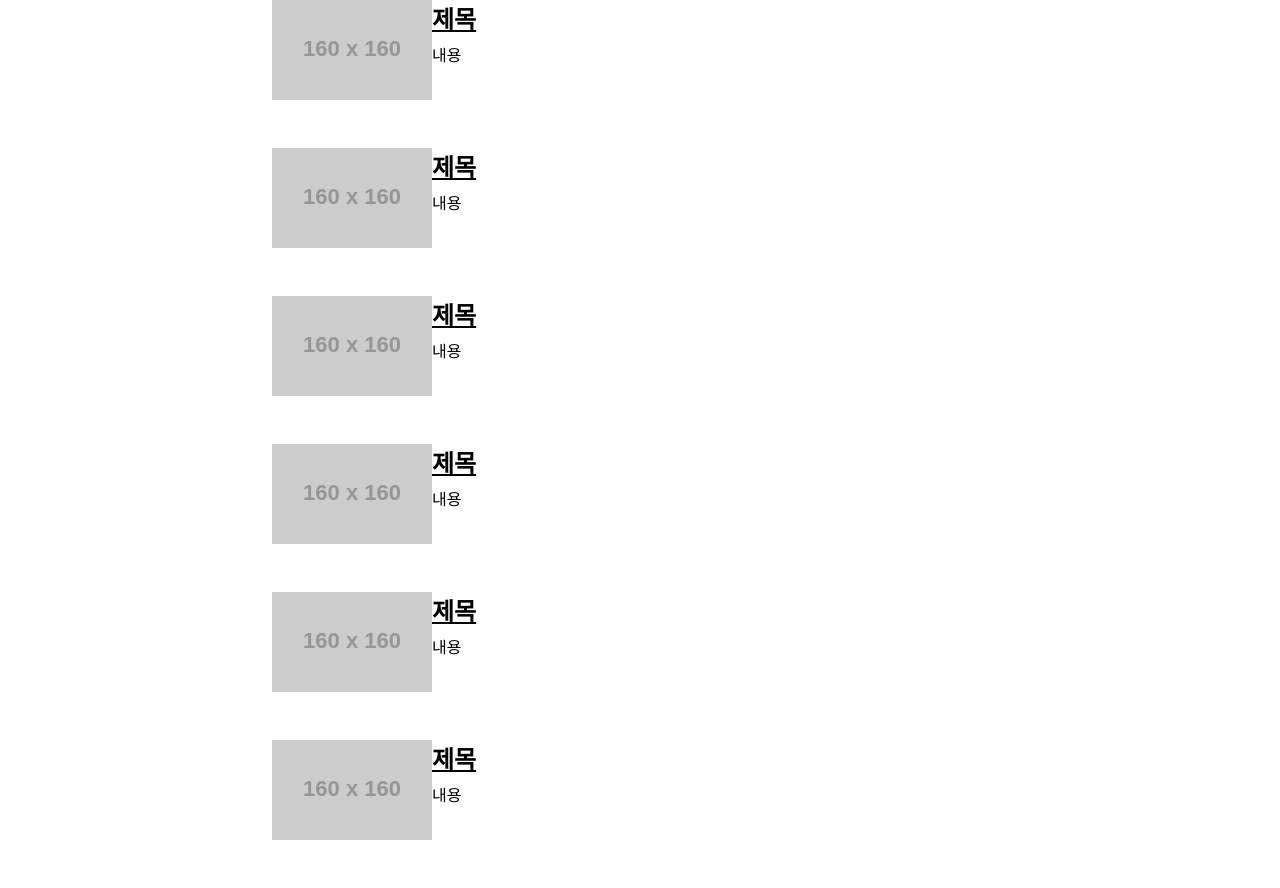
Repository: parkhyeonki/news-viewer
Page: /
These files come from the project's save history. The page is drawn as it stood at one moment and after the next save; the edit follows.
The browser window is 1280 px wide. The pictures show the whole page.
The project was rebuilt for these pictures with package versions that can differ from the ones it lists, and the page was loaded fresh each time. Also part of the build but not shown: src/App.css.

Above is the page before, as saved 2022-05-19 10:50:45.

After the next save:
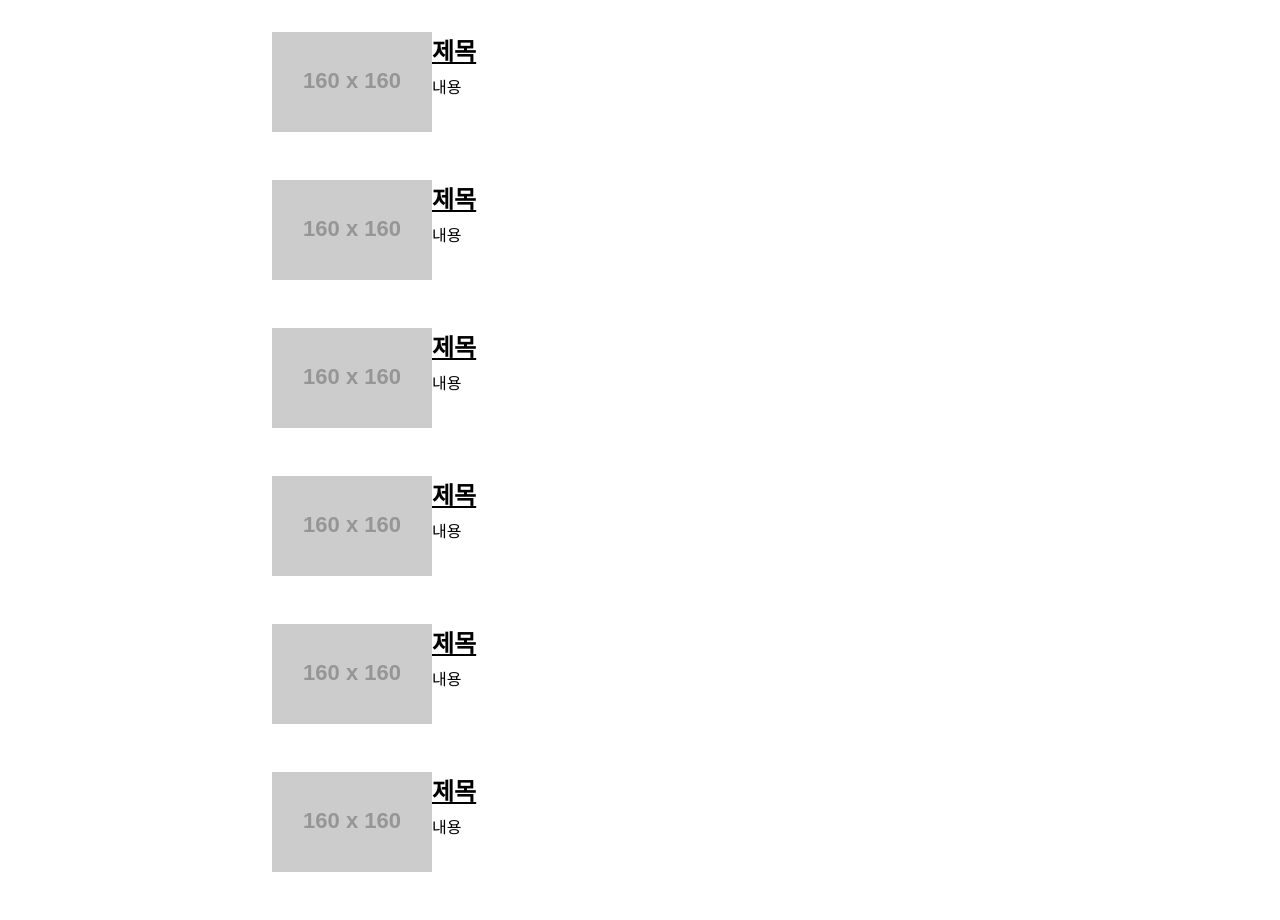
Saved 9 s later.
--- a/src/components/NewsList/NewsList.js
+++ b/src/components/NewsList/NewsList.js
@@ -7,6 +7,7 @@ const NewsList = () => {
     padding-bottom: 3rem;
     width: 768px;
     margin: 0 auto;
+    margin-top: 2rem;
   `;
 
   const sampleArticle = {
